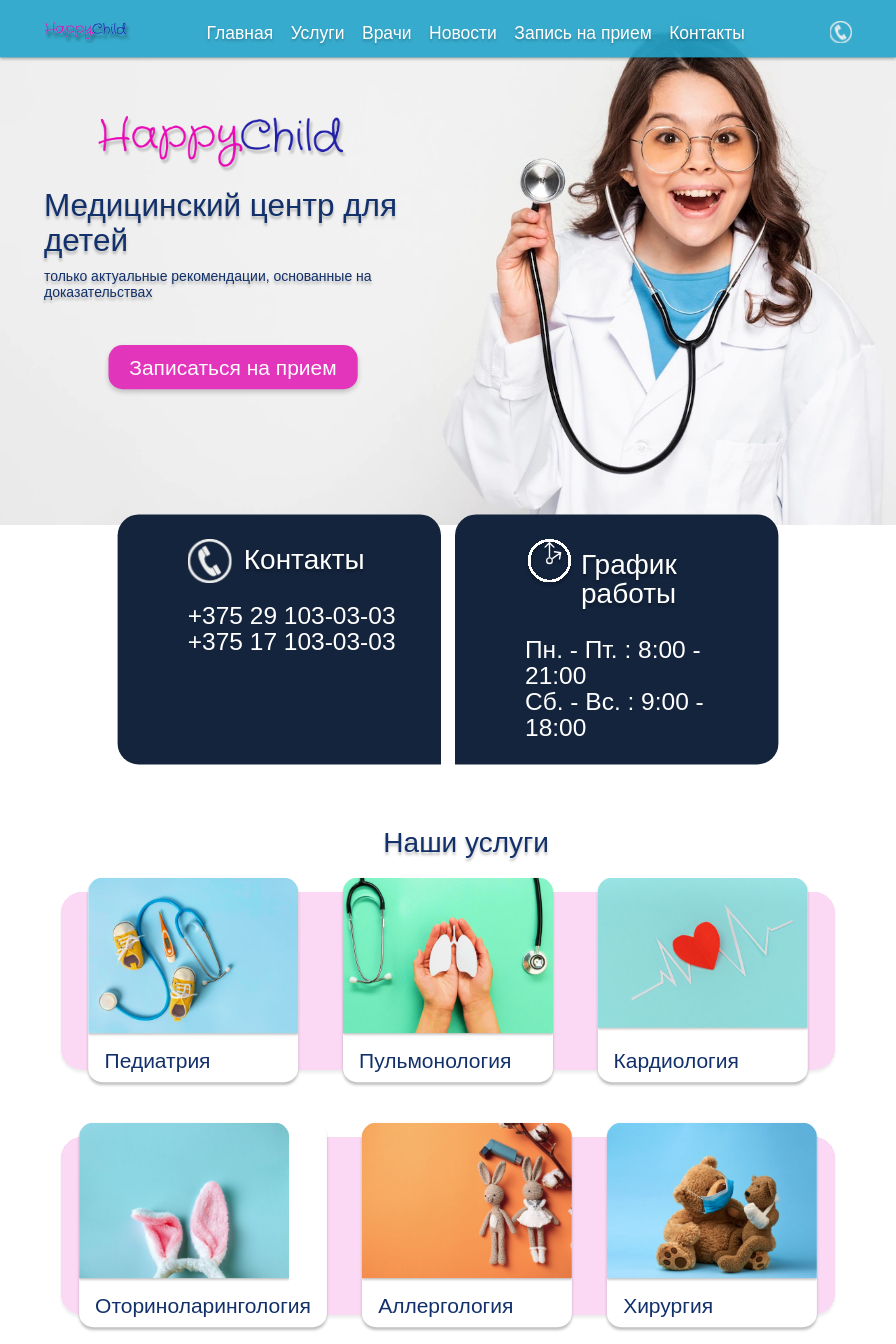
Repository: Normandy72/Landing-Page-Happy-Child
Page: index.html
These files come from the project's save history. The page is drawn as it stood at one moment and after the next save; the edit follows.
The browser window is 1280 px wide. The pictures show the part of the page from y = 0 to 1920 px (the page is 8087 px tall before and 8231 px after), at 70% of full size.
Some web fonts or font styles are not loaded; a fallback is used.

Above is the page before, as saved 2022-11-12 18:19:42.

After the next save:
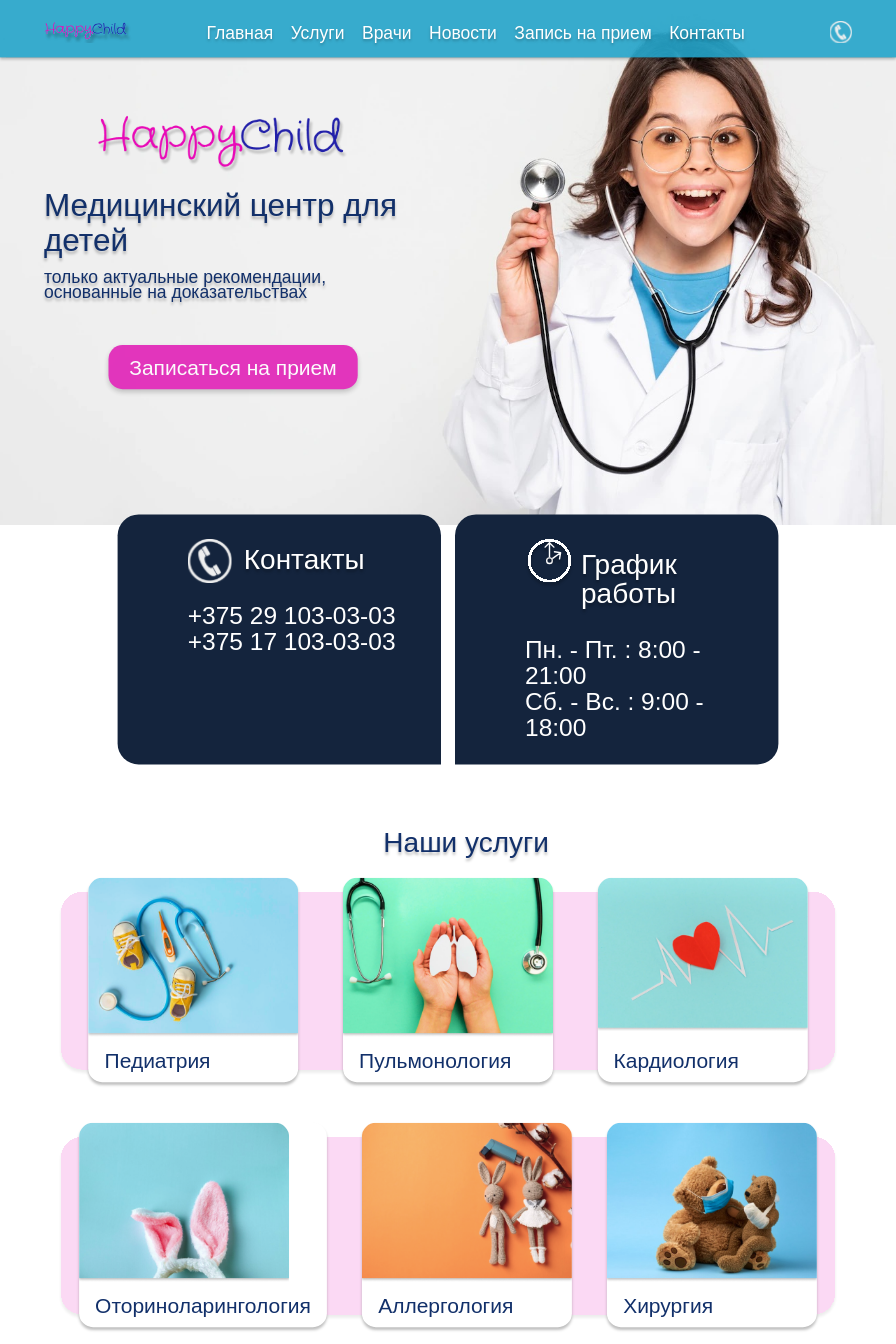
Saved 55 s later.
--- a/styles/variables.css
+++ b/styles/variables.css
@@ -8,7 +8,7 @@
     --h2-font-size: 40px;
     --h3-font-size: 35px;
     --h4-font-size: 30px;
-    --h5-font-size: 20px;
+    --h5-font-size: 25px;
     --links-font-size: 25px;
     --buttons-font-size: 30px;
 
